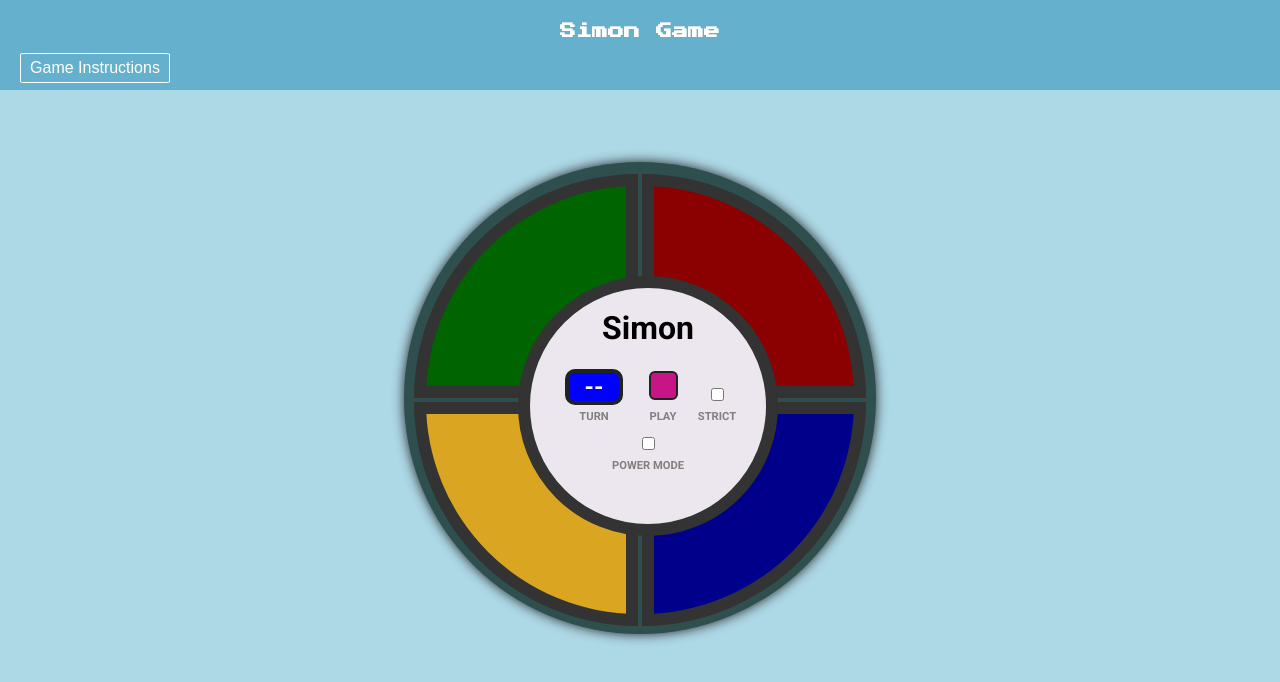
Repository: bbarbara19/memorygame
Page: index.html
The author's editor kept a record of every edit. The page is drawn from the files as they stood at one moment, then again after the next edit.
The browser window is 1280 px wide. The pictures show the whole page.

Above is the page before.

### index.html
<!DOCTYPE html>
<html lang="en">
<head>
    <meta charset="UTF-8">
    <meta name="viewport" content="width=device-width, initial-scale=1.0">
    <meta http-equiv="X-UA-Compatible" content="ie=edge">
    <link rel="stylesheet" href="style.css" type="text/css"/>
    <link rel="stylesheet" href="" type="text/css" />
    <script src="https://cdn.jsdelivr.net/npm/sweetalert2@8"></script>
    <title>Simon Game</title>
      <audio id="clip1" src="sounds/simonSound1.mp3"></audio>
      <audio id="clip2" src="sounds/simonSound2.mp3"></audio>
      <audio id="clip3" src="sounds/simonSound3.mp3"></audio>
      <audio id="clip4" src="sounds/simonSound4.mp3"></audio>
</head>
<body>

<!--nav bar-->

<nav>
    <div class="title">
        <h1 style="font-family: 'Press Start 2P', cursive; font-size:16px; color:white; text-align:center;">Simon Game</h1>
    </div>
    <div class="btn-wrap">
            <button class="btn-GameHelp" onclick="confirmation();">Game Instructions</button>
    </div>
</nav>

<!--nav bar-->

<!--Container Game console-->
<div class="container">
    <div class="fourPads">
        <div>
            <div class="inline pad green" id='green'></div>
            <div class="inline pad red" id='red'></div>
        </div>
        <div>
          <div class="inline pad yellow" id='yellow'></div>
          <div class="inline pad blue" id='blue'></div>
        </div>
     </div> <!--end fourPads -->
     <div class="console"> <!--inner gma console -->
         <h1 class="brand">Simon</h1>
         <div class="rw">
             <div class="display inline">
                 <h1 class="counter boxTurn" id="Counter">--</h1>
                 <h3 class="label">TURN</h3>
             </div>
             <div class="btn-box inline">
                 <div class="round-btn clickable" id="start"></div>
                 <h3 class="label">PLAY</h3>
             </div>
             <div class="btn-box inline">
                 <input type="checkbox" class="toggle" id="strictMode">
                 <h3 class="label">STRICT</h3>
             </div> <!--ligh stric mode on-->
             <div>
                 <input type="checkbox" class="toggle inline" id="powerMode">
                 <h3 class="label">POWER MODE</h3>
                 </input>
             </div> <!--fine center div-->
         </div>
    </div>  <!--end inner game console -->
</div> <!--end main container -->
<script type="text/javascript" src="script.js"></script>
</body>
</html>

### style.css
@import url('https://fonts.googleapis.com/css?family=Roboto:300,400,500,700&display=swap');
@import url('https://fonts.googleapis.com/css?family=Press+Start+2P&display=swap');

body {
 background-color: lightblue;
 font-family:Roboto;
 margin:0;
 padding:0;
}

/*--style Button Drop down instructions--*/

/* Dropdown Button */
.btn-GameHelp {
  background-color: #65b0cc;
  color: white;
  padding: 5px;
  width:150px;
  position: relative;
  margin: 10 auto;
  font-size: 16px;
  cursor: pointer;
  left:20px;
  border-radius:4%;
  border: solid 1px white;
  text-align:center;
}

nav {
  margin:0;
  width:100%;
  height:70px;
  background-color:#65b0cc;
  padding-top: 10px;
  padding-bottom: 10px;
  padding-right: 0px;
  padding-left: 0px;
}

.title{
 width: 50%;
 margin: 0 auto;
}
/*--End style Button Drop down instructions--*/

/*--style Game container--*/

.h1{
  font-family: 'Press Start 2P', cursive;
  font-size:16px;
  color : #222;
  margin-top:10px;
}

.container{
  width: 472px;
  height:472px;
  border-radius:100%;
  position: relative;
  text-align: center;
  margin:auto;
  background-color:darkslategray;
  top:10vh;
  box-shadow: 0px 0px 12px #222;
}

.fourPads{
  position: relative;
  top:12px;
}

.pad.red {
    background:darkred;
    border-top-right-radius : 100%;
}

.pad.green {
    background:darkgreen;
    border-top-left-radius : 100%;
}

.pad.yellow {
    background:goldenrod;
    border-bottom-left-radius : 100%;
}

.pad.blue {
    background:darkblue;
    border-bottom-right-radius : 100%;
}

.console{
  width:50%;
  height:50%;
  position : absolute;
  border-radius:100%;
  top:50%;
  left:50%;
  margin: -122px 0 0  -122px;
  background-color:#ECE7EE;
  border: 12px solid #333;
}

.pad {
  position  : relative;
  width:200px;
  height:200px;
  background-color : grey;
  border: 12px solid #333;
}

.inline{
  display: inline-block;
}

.counter{
  font-family: Roboto;
  color : white;
  padding : 0px;
  font-size : 1.5em;
  width : 50px;
  background-color: #00FF;
  position:relative;
  border : 4px solid #222;
  border-radius : 10px;
  margin:auto;
}

.round-btn{
  width : 25px;
  height : 25px;
  position: relative;
  background-color : mediumvioletred;
  border-radius : 20%;
  border : 2px solid #222;
  margin:auto;
  top : -5px;
}

.round-btn:active{
    box-shadow : 0 1px 1px #292929;
    top : -4px;
}

.clickable{
  pointer-events : auto;
  cursor:pointer;
}

.led-on{
  background-color:#DC0D29;
}

.led-off{
  color:white;
}

.label{
  color : grey;
  font-family :Roboto;
  font-size:0.7em;
  margin-top:5px;
  text-align:center;
}

.display{
  width : 80px;
  position:relative;
  text-align:center;
}

.btn-box{
  width : 50px;
  position:relative;
}
/*--style Game container--*/

### script.js
let SimonOrder = [];
let playerOrder = [];
let flash;
let turn;
let good;
let SimonTurn;
let intervalId;
let strict = false;
let noise = true;
let on = false;
let win;

const turnCounter = document.querySelector("#Counter");

// event listener to check if StrictMode is checked or not
function StrictMode(){
  if (document.querySelector('#strictMode').checked == true){
  console.log('selezionato');
  strict = true;
  } else {
  strict = false;
  }
}


// event listener on the click on the strict mode checkbox, to call the function  StrictMode()
document.querySelector('#strictMode').addEventListener('click', function(){
 console.log('StrictMode');
 StrictMode();
})


// Power mode checked - allows different messages on the counter box TESTED

function PowerChecked(){
if (document.querySelector('#powerMode').checked == true){
  console.log('power mode is on');
  on = true;
  document.querySelector(".boxTurn").innerHTML = "ON";
  } else {
  console.log('power mode is off');
  on = false;
  document.querySelector(".boxTurn").innerHTML = "OFF";
  clearColor();
  clearInterval(intervalId);
  }
}

document.querySelector('#powerMode').addEventListener('click', function(){
 console.log('PowerClicked');
 PowerChecked();
 alert('Power Mode active, press the Play button!')
})

//function clear Color - reset the pad colours to dark after the turn
function clearColor() {
  document.querySelector('.green').style.backgroundColor = "darkgreen";
  document.querySelector('.red').style.backgroundColor = "darkred";
  document.querySelector('.yellow').style.backgroundColor = "goldenrod";
  document.querySelector('.blue').style.backgroundColor = "darkblue";
}

//function Flash Color - flashes the pad colours during the turn TESTED
function flashColor() {
 document.querySelector('.green').style.backgroundColor = "lime";
 document.querySelector('.red').style.backgroundColor = "red";
 document.querySelector('.yellow').style.backgroundColor = "yellow";
 document.querySelector('.blue').style.backgroundColor = "turquoise";
}

//functions play audio
function padgreen() {
  if (noise) {
    let audio = document.getElementById("clip1");
    audio.play();
  }
  noise = true;
  document.querySelector('.green').style.backgroundColor = "lime";
}

function padred() {
  if (noise) {
    let audio = document.getElementById("clip2");
    audio.play();
  }
  noise = true;
  document.querySelector('.red').style.backgroundColor = "red";
}

function padblue() {
  if (noise) {
    let audio = document.getElementById("clip3");
    audio.play();
  }
  noise = true;
  document.querySelector('.blue').style.backgroundColor = "turquoise";
}

function padyellow() {
  if (noise) {
    let audio = document.getElementById("clip4");
    audio.play();
  }
  noise = true;
  document.querySelector('.yellow').style.backgroundColor = "yellow";
}

//Play function at the start Simon and Player order set to zero, counter set to 1
function play() {
  SimonOrder = [];
  playerOrder = [];
  flash = 0;
  win = false;
  intervalId = 0;
  turn = 1;
  turnCounter.innerHTML = 1;
  good = true;
  for (var i = 0; i < 10; i++) {
    SimonOrder.push(Math.floor(Math.random() * 4) + 1);
  }
  console.log(SimonOrder);
  SimonTurn = true; //it starts with the computer turn
  intervalId = setInterval(gameTurn, 800); //setinterval is going to run the function gameTurn after 800 mlliseconds
  //the computer flashes a ligh after 800 milliseconds and is going to repeat it until this interval is cleared
  //this interval is cleared after all the lights have been flashed
}

function gameTurn() {
  on = false; //during the computer turn the player can't click on the buttons
  if (flash == turn) {
    clearInterval(intervalId);
    SimonTurn = false;
    clearColor();
    on = true;
  }


  // if it is the computer turn,  it clears all the pad colours and activate the flashes on the four pads
    if (SimonTurn) {
    clearColor();
    setTimeout( function Flash() {  //setTimeout after 200 milliseconds
      if (SimonOrder[flash] == 1){
        padgreen();
      }
      if (SimonOrder[flash] == 2){
        padred();
      }
      if (SimonOrder[flash] == 3){
        padblue();
      }
      if (SimonOrder[flash] == 4){
        padyellow();
      }
      flash++; //flash started at 0 and is going to be incremented of one every time the computer flashes, this happens after 200 milliseconds
      //a light is going to be to
    }, 200);
  }

}

//event listener of the start button to call the play()function
document.querySelector("#start").addEventListener('click', function StartCommand(){
  if (on || win) {
  console.log('start pressed');
  play();
  }
})

//function to check the win status
function check() {
  if (playerOrder[playerOrder.length - 1] !== SimonOrder[playerOrder.length - 1]) {
    good = false;
    console.log(good);
    window.alert("try again!");
  }

  if (playerOrder.length == 10 && good) {
    winGame();
  }

  if (good == false) {
    flashColor();
    turnCounter.innerHTML ="NO!";
    /*inner html not working*/
    setTimeout(() => {
      turnCounter.innerHTML = turn;
      clearColor();

      if (strict) {
        play();//reset the game to zero and start play again
      } else {
        SimonTurn = true;
        flash = 0;
        playerOrder = [];
        good = true;
        intervalId = setInterval(gameTurn, 800);
      }
    }, 800);
    noise = false;
  }

   if (turn == playerOrder.length && good && !win) {
    turn++;
    playerOrder = [];
    SimonTurn = true;
    flash = 0;
    window.alert("you won the turn!");
    turnCounter.innerHTML = turn;
    intervalId = setInterval(gameTurn, 800);
    console.log('the turn number is:'+turn);
  }

}


/*function that listens to the player click on the pads, records the number clicked in the Player Order array
flashes the pad and sound and after a timeout clear the pad colours*/

document.querySelectorAll('.pad').forEach(function(e){
    e.addEventListener('click', function(){
      if (on){
        console.log('cliccato');
        var padClicked = this.id;
              switch (padClicked) {
              case "green":
                console.log('green clicked');
                playerOrder.push(1);
                console.log(playerOrder);
                padgreen();
                check();
                if (!win) {
                  setTimeout(function(){
                  clearColor();
                 }, 300);
                }
                break;
              case "yellow":
                console.log('yellow clicked');
                playerOrder.push(4);
                console.log(playerOrder);
                padyellow();
                check();
                if (!win) {
                  setTimeout(function(){
                  clearColor();
                 }, 300);
                }
                break;
              case "red":
                console.log('red clicked');
                playerOrder.push(2);
                console.log(playerOrder);
                padred();
                check();
                if (!win) {
                  setTimeout(function(){
                  clearColor();
                 }, 300);
                }
                break;
              case "blue":
                console.log('blue clicked');
                playerOrder.push(3);
                console.log(playerOrder);
                padblue();
                check();
                if (!win) {
                  setTimeout(function(){
                  clearColor();
                 }, 300);
                }
                break;
              default:
                console.log('no match found');
            }
         }
          })
      })


// function win the game
function winGame() {
  flashColor();
  turnCounter.innerHTML = "WIN!";
  on = false;
  win = true;
  alert('Congratulations you won the game');
}

// function sweetalert2 - alert Game Help instructions

function confirmation()
  {
    Swal.fire({
  type: 'info',
  text: "You won't be able to revert this!",
  html:
    '<small>Simon is a memory game where you need to repeat a sequence of tones and lights, played by the device by pressing the buttons.</small>' +
    '<small>To win the game you have to pass 10 rounds, at each turn, the series becomes progressively longer and more complex.</small>' +
    '<small><h3><b>How to play</b></h3></small>' +
    '<li><small>To start the game check the Power Mode and the Play button</small></li>' +
    '<li><small>Each turn starts with the device flashing a sequence of lights</small></li>' +
    '<li><small>You have to repeat the same sequence by pressing the buttons</small></li>' +
    '<li><small>If you do a mistake, you can retry after the sequence is repeated</small></li>' +
    '<li><small>With the strict mode checked, the game is over after each mistake</small></li>' +
    '<li><small>The number of flashes matches the turn number of the counter</small></li>' +
    '<li><small>In each turn an additional sound is added to the previous sequence</small></li>',
  showCloseButton: true,
  showCancelButton: false,
  focusConfirm: false,
  confirmButtonAriaLabel: 'Thumbs up, great!',
    })
  }

After the next edit:
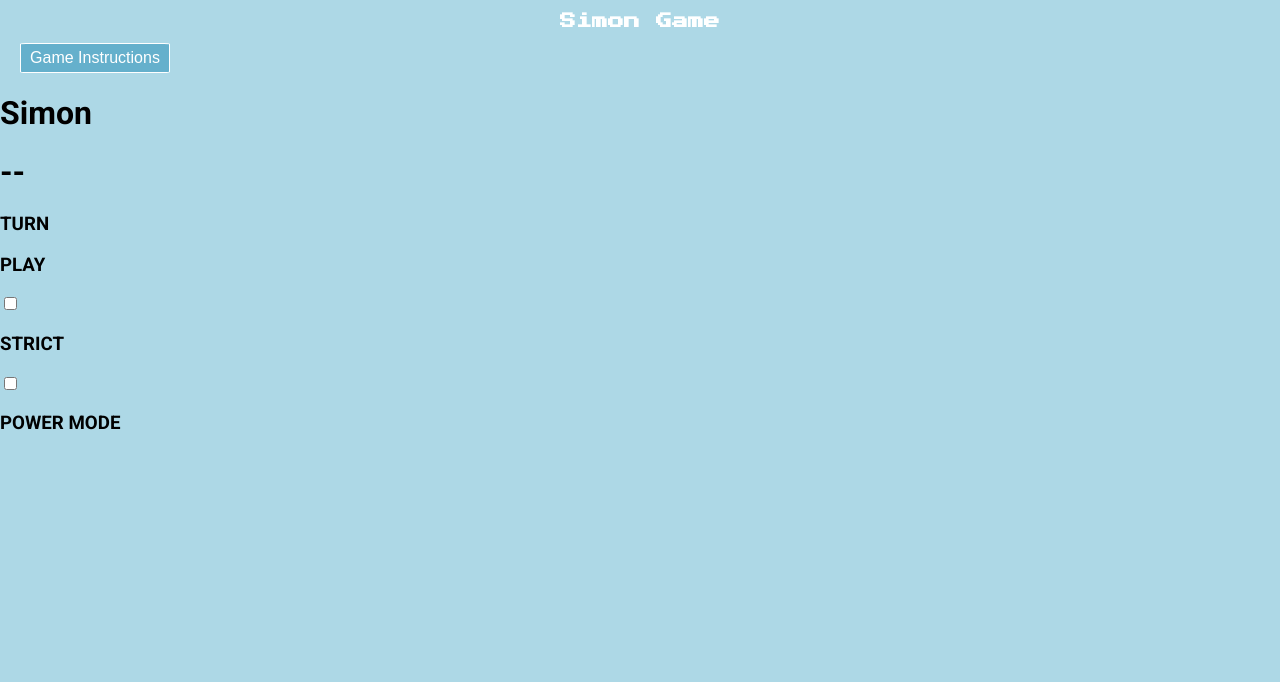
The edit:
--- a/style.css
+++ b/style.css
@@ -25,6 +25,15 @@
   border: solid 1px white;
   text-align:center;
 }
+
+hover: .btn-GameHelp {
+hover {
+  background-color: yellow;
+
+.btn-GameHelp:hover {
+  background-color: yellow;
+}
+
 
 nav {
   margin:0;

After the edit that followed:
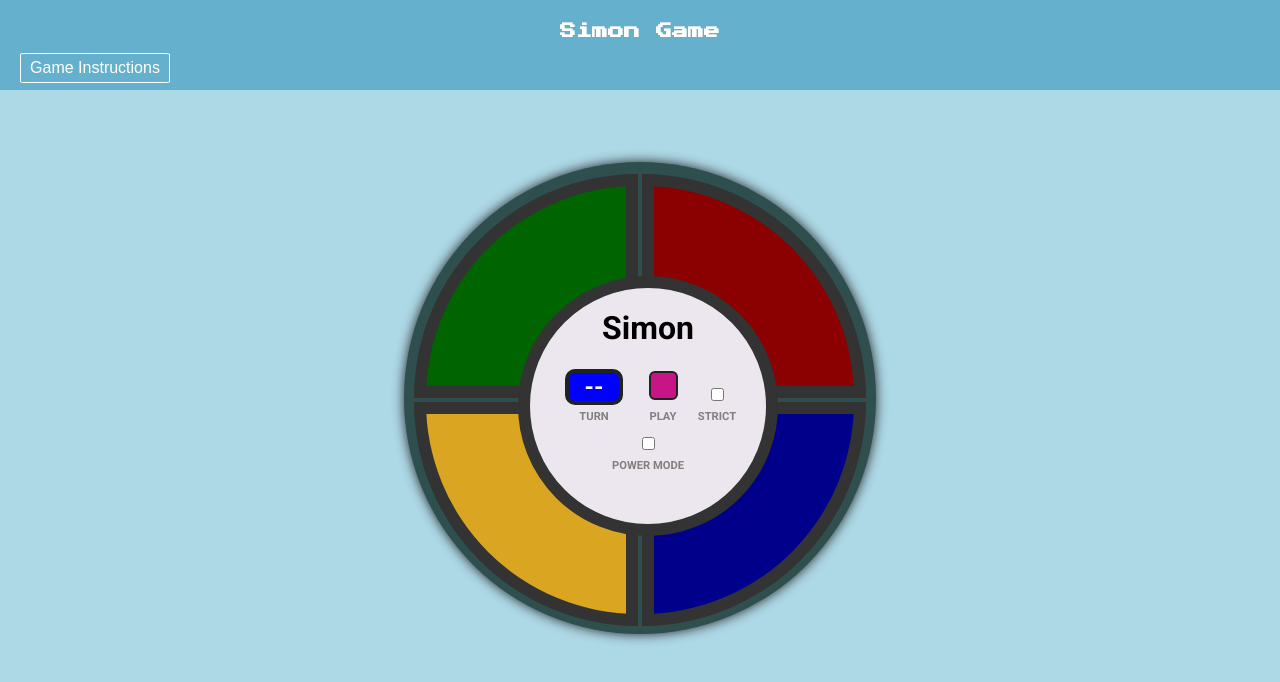
The edit:
--- a/style.css
+++ b/style.css
@@ -25,10 +25,6 @@
   border: solid 1px white;
   text-align:center;
 }
-
-hover: .btn-GameHelp {
-hover {
-  background-color: yellow;
 
 .btn-GameHelp:hover {
   background-color: yellow;
